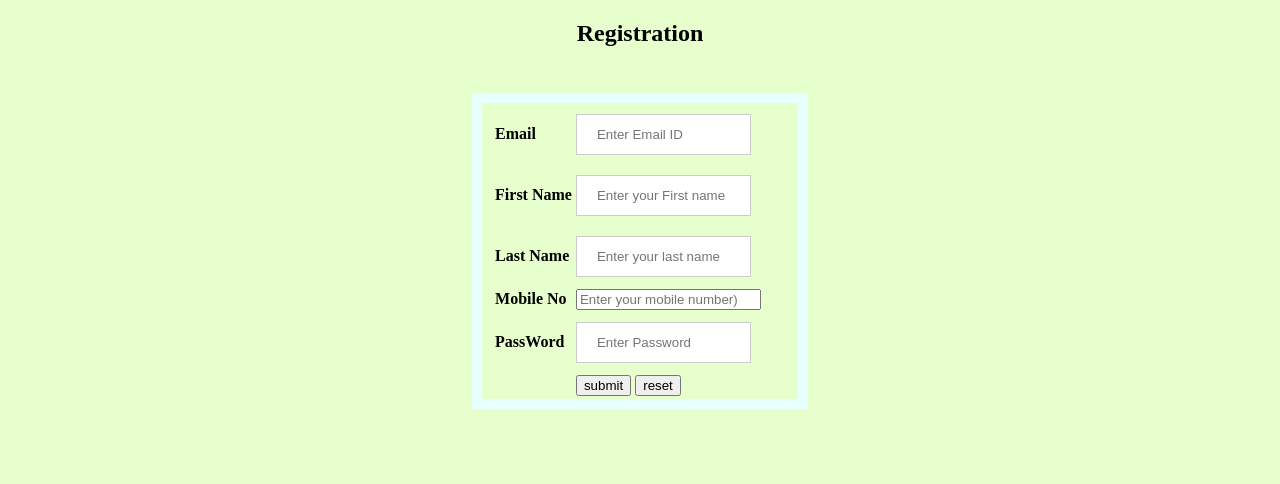
Repository: jagdishpatil18/JavaAdv
Page: Login_App/WebContent/signup.html
The author's editor kept a copy of each file at every save. The page is drawn from the files as they stood at one save, then again after the next save.
The browser window is 1280 px wide. The pictures show the whole page.

Above is the page before, as saved 2017-04-28 11:54:04.

After the next save:
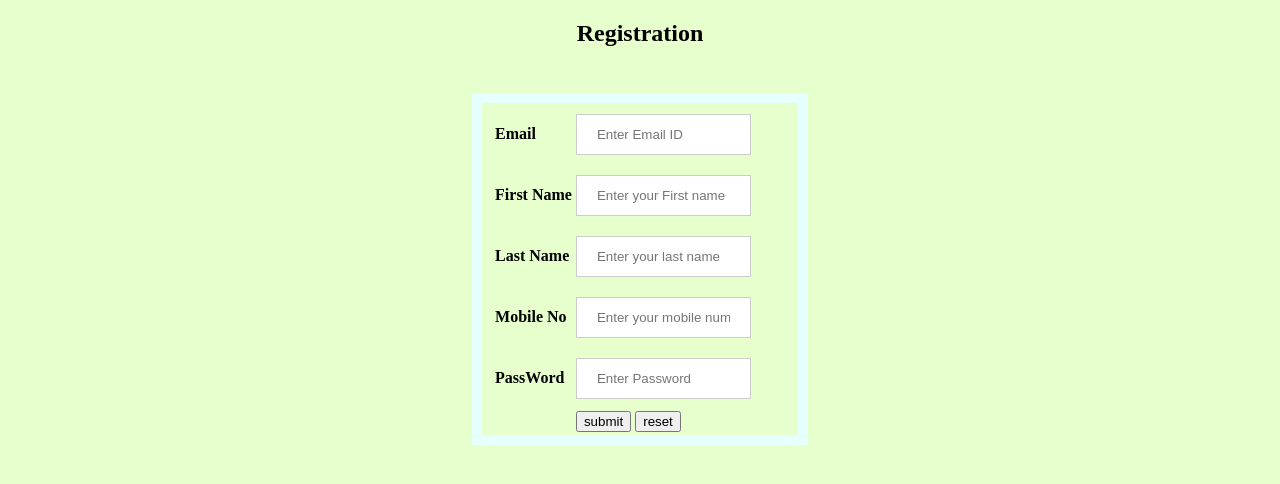
Saved 7 min 40 s later.
--- a/Login_App/WebContent/signup.html
+++ b/Login_App/WebContent/signup.html
@@ -14,7 +14,7 @@ table {
 	margin:10px;
 }
 
-input[type=text], input[type=password],input[type=email] {
+input[type=text], input[type=password],input[type=email],input[type=tel] {
 	width: 80%;
 	padding: 12px 20px;
 	margin: 8px 0;
